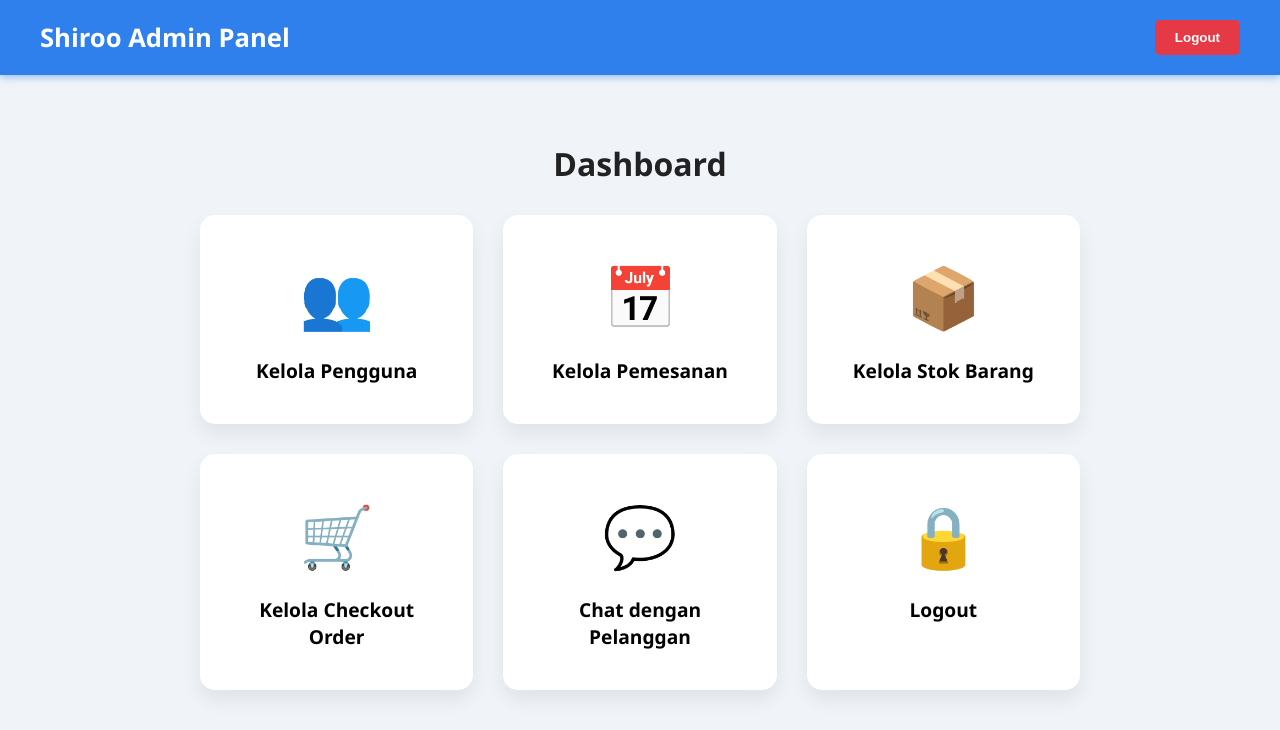
Repository: Senicccc/Shiroo-Pet-Store-Web-App
Page: http://localhost/admin/dashboard.php
An editor plug-in stored every save of this project. The page is shown before and after the next save, followed by the edit.
The browser window is 1280 px wide. The pictures show the whole page.
The page is run by PHP 8.4 with error messages shown; the project is at /var/www/html/. The session is filled in as if someone had signed in: {"admin_id": 3}. The database holds what the project's SQL file puts in it.

Above is the page before, as saved 2025-05-31 11:49:09.

After the next save:
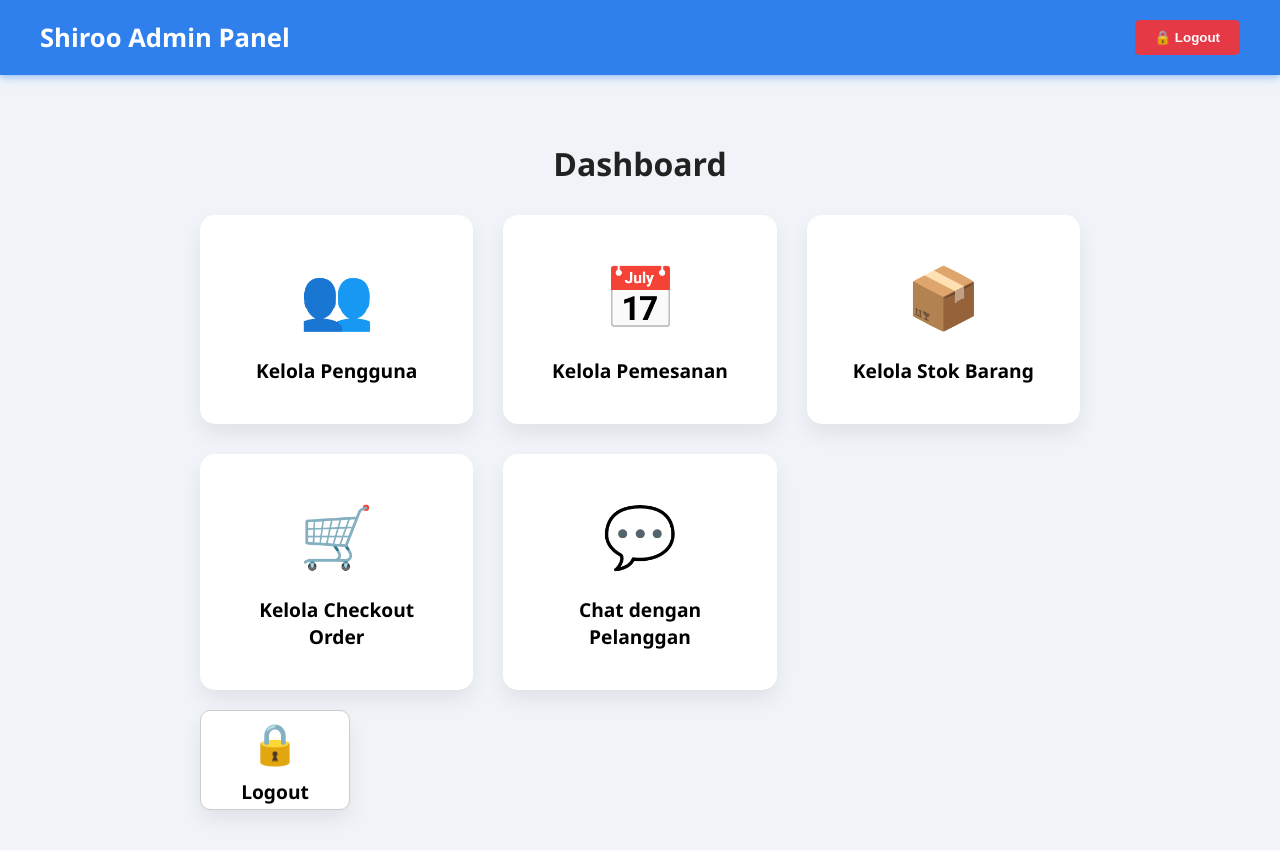
Saved 21 s later.
--- a/admin/dashboard.php
+++ b/admin/dashboard.php
@@ -25,6 +25,45 @@
     <meta name="viewport" content="width=device-width, initial-scale=1" />
     <title>Dashboard Admin - Shiroo Pet Store</title>
     <link rel="stylesheet" href="css/dashboard.css">
+    <style>
+    form.logout-card {
+        display: inline-block;
+        margin-top: 20px;
+    }
+
+    form.logout-card button {
+        background: none;
+        border: none;
+        cursor: pointer;
+        font-size: 1rem;
+        color: inherit;
+        padding: 0;
+        font-family: inherit;
+    }
+
+    form.logout-card button .card {
+        display: flex;
+        flex-direction: column;
+        align-items: center;
+        justify-content: center;
+        width: 150px;
+        height: 100px;
+        border: 1px solid #ccc;
+        border-radius: 10px;
+        text-decoration: none;
+        color: black;
+        transition: background-color 0.3s ease;
+    }
+
+    form.logout-card button .card:hover {
+        background-color: #f5f5f5;
+    }
+
+    form.logout-card button .card-icon {
+        font-size: 2.5rem;
+        margin-bottom: 8px;
+    }
+    </style>
 </head>
 
 <body>
@@ -32,7 +71,7 @@
         <h1>Shiroo Admin Panel</h1>
         <div>
             <form style="display:inline;" method="post" action="admin_logout.php">
-                <button type="submit" class="logout-btn" name="logout">Logout</button>
+                <button type="submit" class="logout-btn" name="logout">🔒 Logout</button>
             </form>
         </div>
     </header>
@@ -60,11 +99,16 @@
                 <div class="card-icon">💬</div>
                 Chat dengan Pelanggan
             </a>
-            <a href="admin_logout.php" class="card" title="Logout">
-                <div class="card-icon">🔒</div>
-                Logout
-            </a>
         </div>
+
+        <form class="logout-card" method="post" action="admin_logout.php">
+            <button type="submit" name="logout">
+                <div class="card" title="Logout">
+                    <div class="card-icon">🔒</div>
+                    Logout
+                </div>
+            </button>
+        </form>
     </main>
 </body>
 

After the 3 saves that followed:
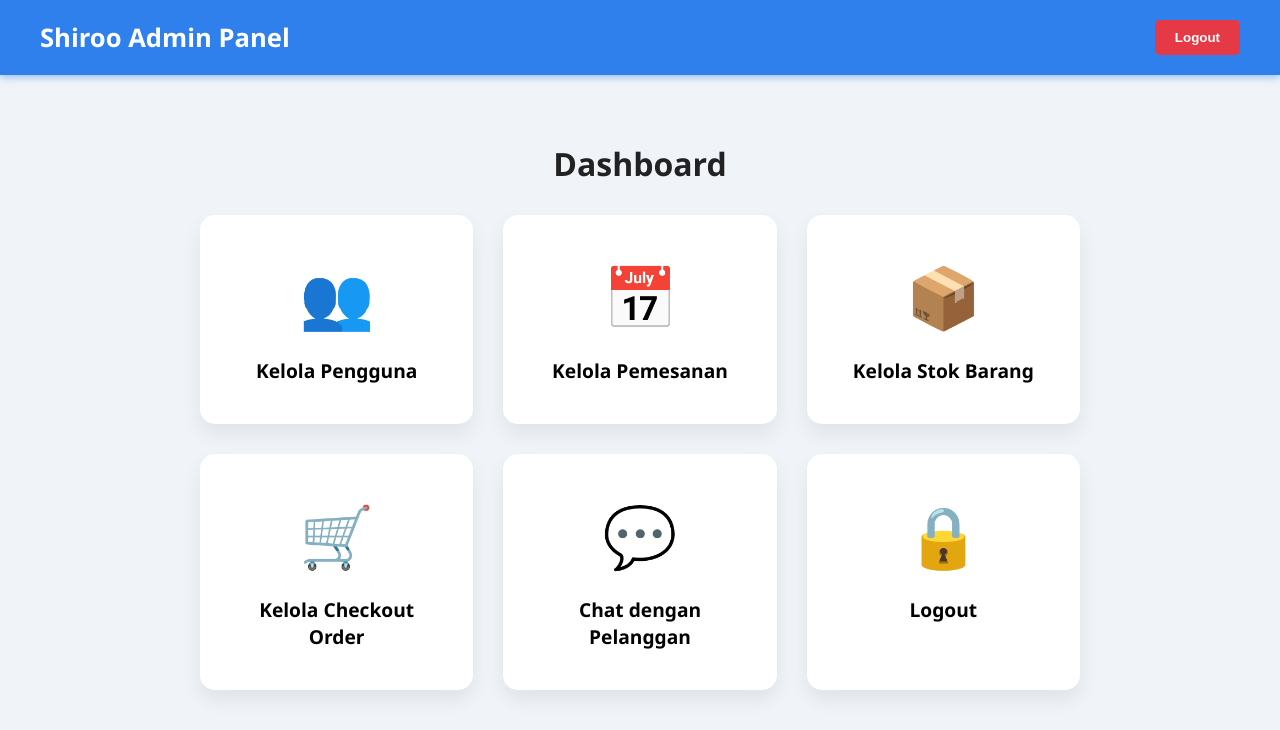
The 3 saves are shown as one change because they came seconds apart.
The last was saved 15 s later.
--- a/admin/dashboard.php
+++ b/admin/dashboard.php
@@ -25,45 +25,6 @@
     <meta name="viewport" content="width=device-width, initial-scale=1" />
     <title>Dashboard Admin - Shiroo Pet Store</title>
     <link rel="stylesheet" href="css/dashboard.css">
-    <style>
-    form.logout-card {
-        display: inline-block;
-        margin-top: 20px;
-    }
-
-    form.logout-card button {
-        background: none;
-        border: none;
-        cursor: pointer;
-        font-size: 1rem;
-        color: inherit;
-        padding: 0;
-        font-family: inherit;
-    }
-
-    form.logout-card button .card {
-        display: flex;
-        flex-direction: column;
-        align-items: center;
-        justify-content: center;
-        width: 150px;
-        height: 100px;
-        border: 1px solid #ccc;
-        border-radius: 10px;
-        text-decoration: none;
-        color: black;
-        transition: background-color 0.3s ease;
-    }
-
-    form.logout-card button .card:hover {
-        background-color: #f5f5f5;
-    }
-
-    form.logout-card button .card-icon {
-        font-size: 2.5rem;
-        margin-bottom: 8px;
-    }
-    </style>
 </head>
 
 <body>
@@ -71,7 +32,7 @@
         <h1>Shiroo Admin Panel</h1>
         <div>
             <form style="display:inline;" method="post" action="admin_logout.php">
-                <button type="submit" class="logout-btn" name="logout">🔒 Logout</button>
+                <button type="submit" class="logout-btn" name="logout">Logout</button>
             </form>
         </div>
     </header>
@@ -99,16 +60,11 @@
                 <div class="card-icon">💬</div>
                 Chat dengan Pelanggan
             </a>
+            <a href="admin_logout.php" class="card" title="Logout">
+                <div class="card-icon">🔒</div>
+                Logout
+            </a>
         </div>
-
-        <form class="logout-card" method="post" action="admin_logout.php">
-            <button type="submit" name="logout">
-                <div class="card" title="Logout">
-                    <div class="card-icon">🔒</div>
-                    Logout
-                </div>
-            </button>
-        </form>
     </main>
 </body>
 
